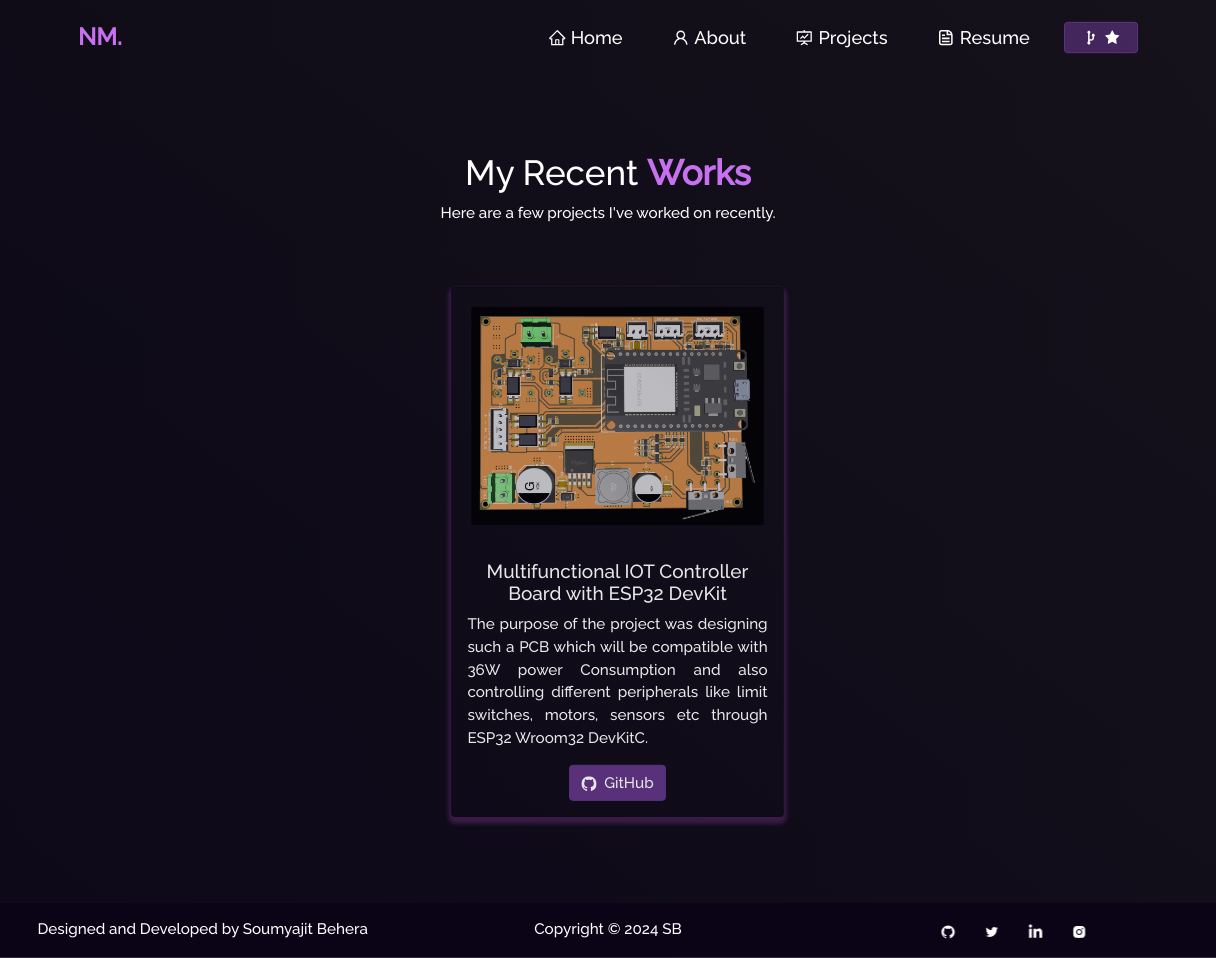
Repository: nenadMarkorvic/personal-website
Page: /project
An editor plug-in stored every save of this project. The page is shown before and after the next save, followed by the edit.
The browser window is 1280 px wide. The pictures show the whole page, at 95% of full size.
The project was rebuilt for these pictures with package versions that can differ from the ones it lists, and the page was loaded fresh each time. Also part of the build but not shown: src/components/Home/Home2.js, src/components/Home/Type.js, src/components/Home/Home.js, src/components/About/Github.js, src/components/About/AboutCard.js, src/components/About/Toolstack.js, src/components/About/About.js, src/components/Resume/ResumeNew.js. Imported but missing from the stored project, and not drawn on this page: src/Assets/Nenad Markovic_pcb.pdf.

Above is the page before, as saved 2024-08-29 10:51:34.

After the next save:
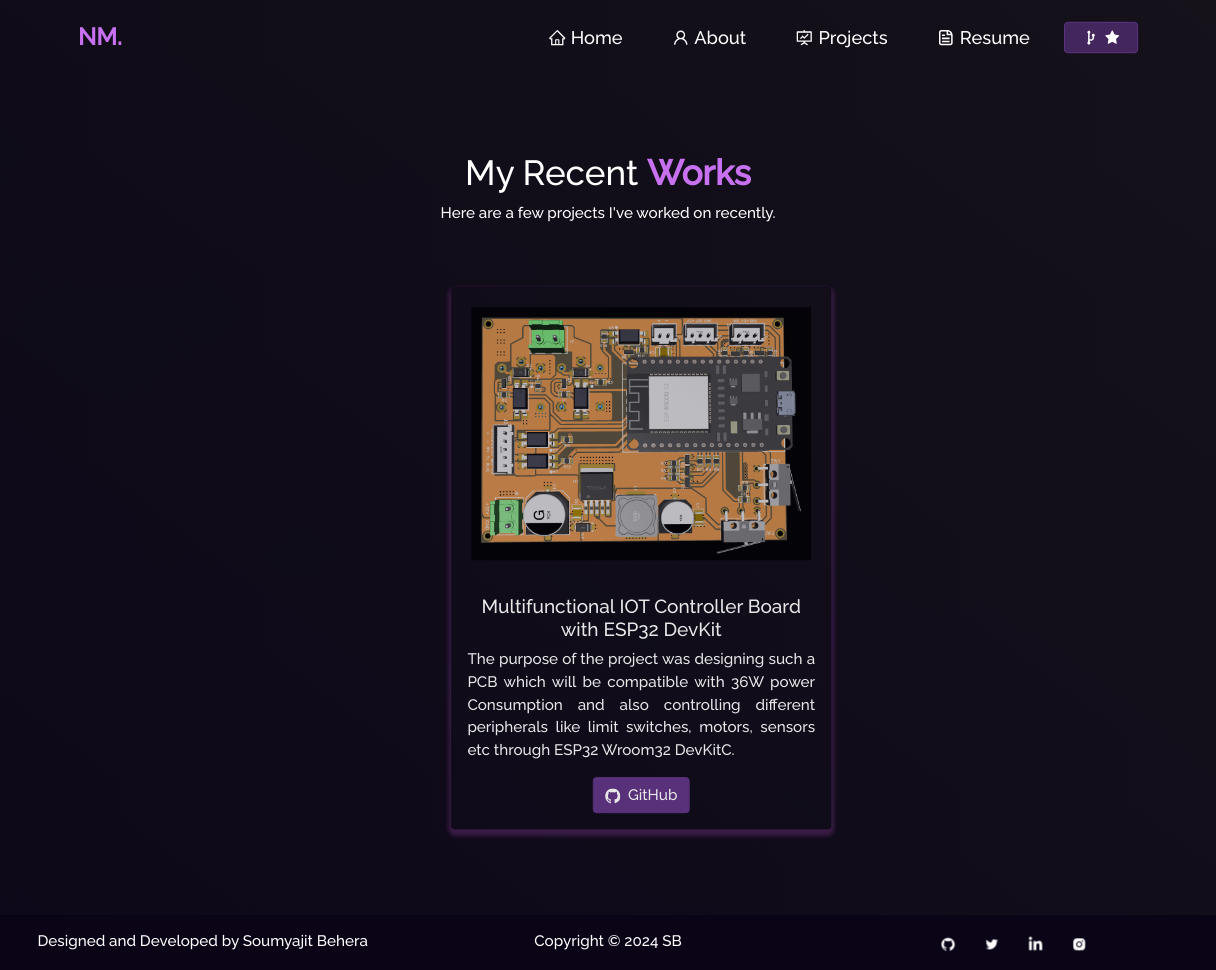
Saved 13 s later.
--- a/src/components/Projects/ProjectCards.js
+++ b/src/components/Projects/ProjectCards.js
@@ -6,7 +6,7 @@
 
 function ProjectCards(props) {
   return (
-    <Card className="project-card-view" style={{ width: '350px' }}>
+    <Card className="project-card-view" style={{ width: '400px' }}>
       <Card.Img variant="top" src={props.imgPath} alt="card-img" />
       <Card.Body>
         <Card.Title>{props.title}</Card.Title>
